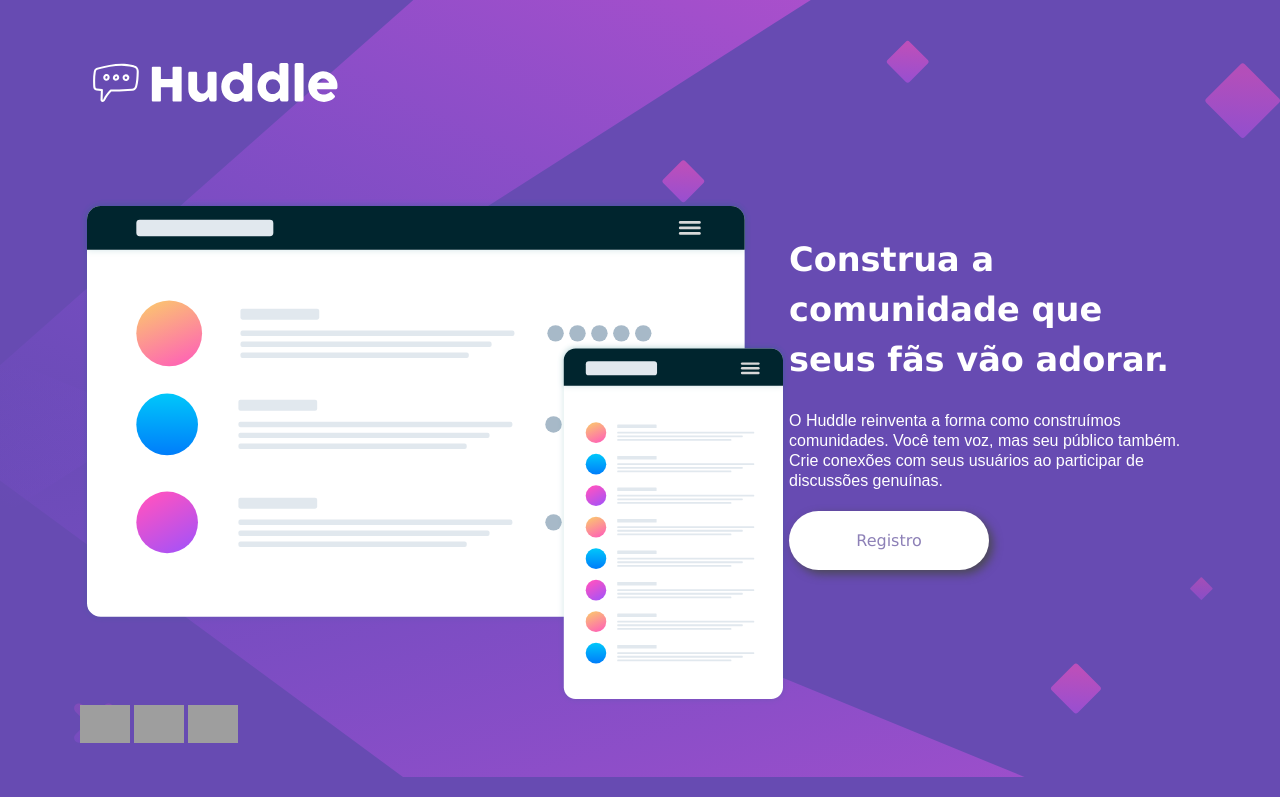
Repository: caique2512/Huddle
Page: index.html
The author's editor kept a copy of each file at every save. The page is drawn from the files as they stood at one save, then again after the next save.
The browser window is 1280 px wide. The pictures show the whole page.
Pictures or frames that could not be fetched are drawn as grey boxes.

Above is the page before, as saved 2026-02-27 18:19:53.

### index.html
<!DOCTYPE html>
<html lang="pt-br">
<head>
    <meta charset="UTF-8">
    <meta name="viewport" content="width=device-width, initial-scale=1.0">
    <title>Huddle</title>
    <link rel="stylesheet" href="src/reset.css">
    <link rel="stylesheet" href="src/estilos.css">
</head>
<body>
    <header>
        <img class="logo" src="images/logo.svg" alt="Logo Huddle">
    </header>
    <main class="conteudo">
        <img src="./images/illustration-mockups.svg" alt="Illustracion">
        <div class="conteudo-principal">
            <h1 class="titulo">Construa a comunidade que seus fãs vão adorar.</h1>
            <p class="subtitulo">O Huddle reinventa a forma como construímos comunidades. Você tem voz, mas seu público também. Crie conexões com seus usuários ao participar de discussões genuínas.</p>
            <button class="btn">Registro</button>
        </div>
    </main>
    <footer>
        <div class="rodape">
            <img src="./images/facebook_126724.png" alt="Facebbok">
            <img src="./images/whatsapp_4423488.png" alt="Whatzaap">
            <img src="./images/social_16101584.png" alt="Instagram">
        </div>
    </footer>
</body>
</html>

### src/estilos.css
body {
    background: url(../images/bg-desktop.svg) no-repeat;
    background-size: contain;
    background-color: #674BB2;
    padding: 50px 80px;
}

.logo{
    margin-bottom: 80px;
}

.conteudo {
    display: flex;
}

.conteudo .conteudo-principal{
    width: 40%;
    margin: 0 auto;
    display: flex;
    flex-direction: column;
    justify-content: center;
    margin-bottom: 100px;
}

.conteudo .conteudo-principal .titulo {
    color: white;
    font-size: 2.1rem;
    font-family: Verdana, Geneva, Tahoma, sans-serif;
    line-height: 50px;
    font-weight: 600;
    margin-bottom: 2cqw;
}

.conteudo .conteudo-principal .subtitulo {
    color: white;
    font-family: Arial, Helvetica, sans-serif;
    line-height: 20px;
    font-weight: 400;
    margin-bottom: 20px;
}

.conteudo .conteudo-principal .btn {
    width: 200px;
    background-color: white;
    border: none;
    padding: 20px 30px;
    border-radius: 50px;
    font-family: Verdana, Geneva, Tahoma, sans-serif;
    font-weight: 500;
    font-size: 16px;
    color: #8d80b7;
    box-shadow: 4px 4px 10px #4b4954;
}

.rodape img{
    max-width: 50px;
}

Loaded but not shown: src/reset.css (common file)

After the next save:
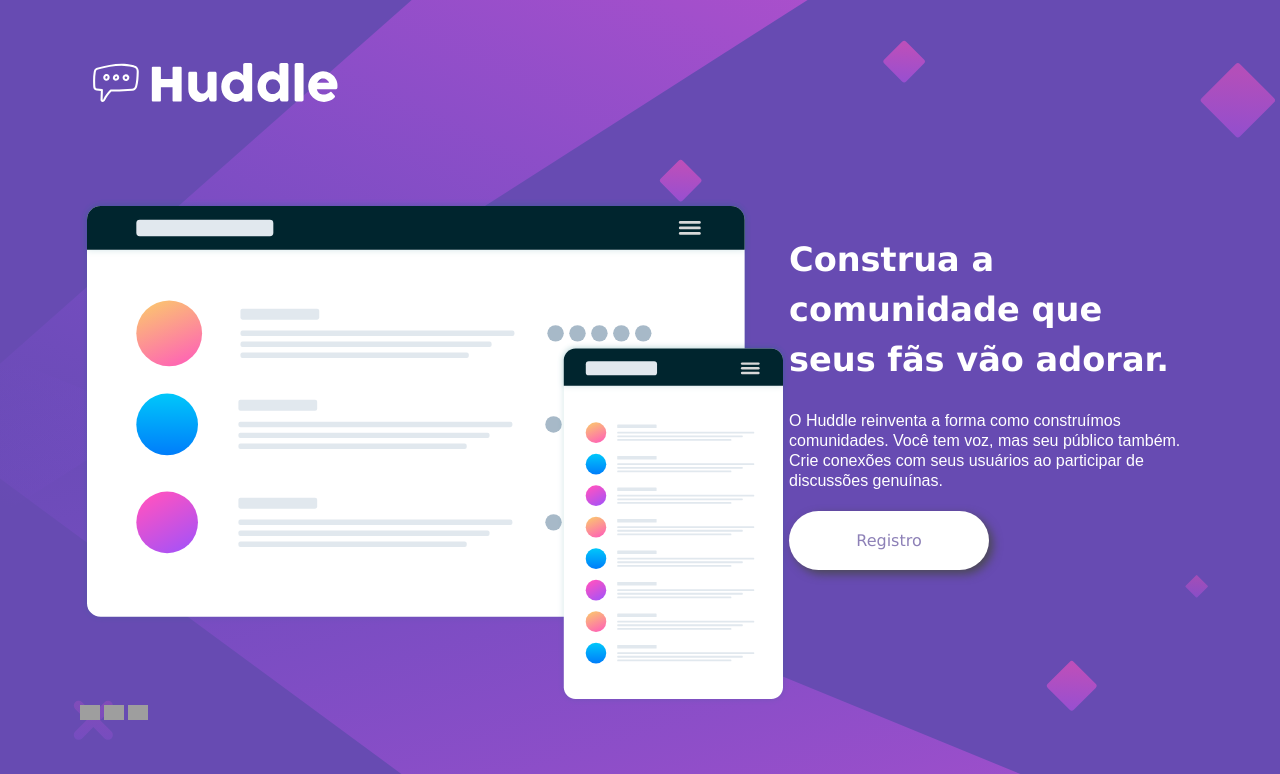
Saved 7 s later.
--- a/src/estilos.css
+++ b/src/estilos.css
@@ -53,5 +53,5 @@
 }
 
 .rodape img{
-    max-width: 50px;
+    max-width: 20px;
 }
